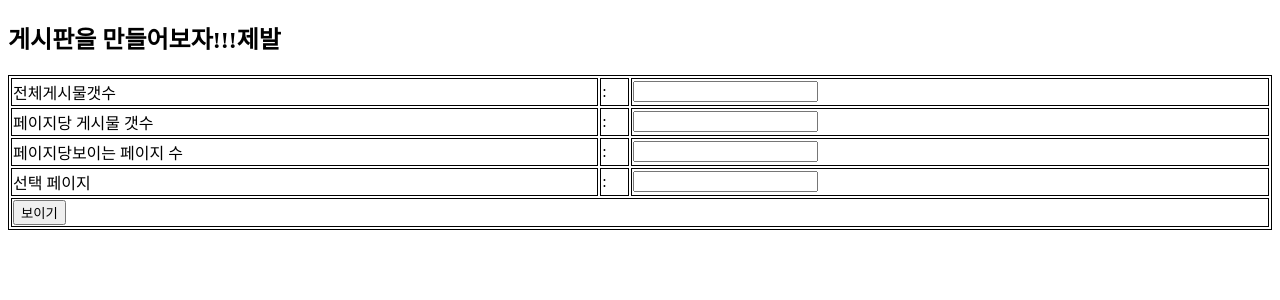
Repository: DrakeJU/eclipse-workspace
Page: Web/WebContent/01/PostBoardIndex.html
The author's editor kept a copy of each file at every save. The page is drawn from the files as they stood at one save, then again after the next save.
The browser window is 1280 px wide. The pictures show the whole page.

Above is the page before, as saved 2017-10-13 03:45:51.

### Web/WebContent/01/PostBoardIndex.html
<!DOCTYPE html>
<html>
	<head>
		<meta charset="UTF-8">
			<title>indexPage</title>
	</head>
		<body>
			<h2>게시판을 만들어보자!!!제발</h2>
				<form action "/blahblah" method = "post">
				<table border="1" width = "100%" heigth = "500" bordercolor ="black">
					<tr>
						<td>전체게시물갯수</td> <td>:</td><td><input type="text" name="TotalPost"><br></td>
					</tr>
					<tr>
						<td>페이지당 게시물 갯수</td><td>:</td><td><input type="text" name="NumPerPost"><br></td>
					</tr>
					<tr>
						<td>페이지당보이는 페이지 수</td> <td>:</td><td><input type="text" name="NumPerPage"><br></td>
					</tr>
					<tr>
						<td>선택 페이지</td> <td>:</td><td><input type="text" name="CurrentPage"><br></td>
					</tr>
					<tr>
						<td colspan = "3"><input type = submit value = "보이기"></td>
					</tr>
				</table>
				</form>
		</body>
</html>

After the next save:
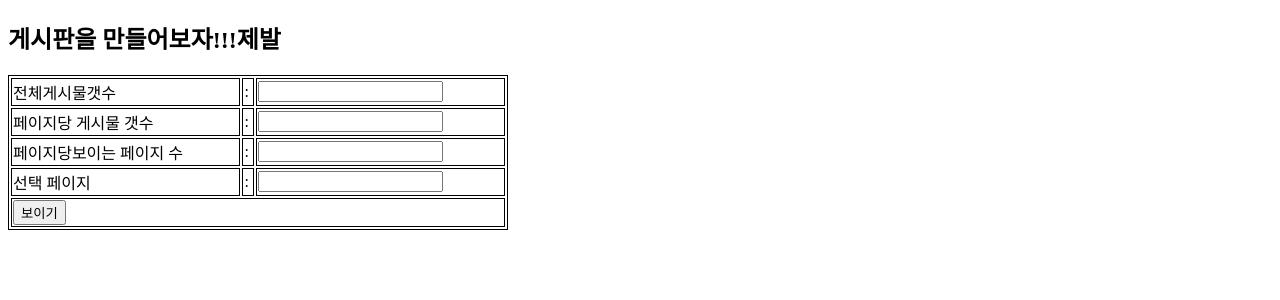
Saved 25 s later.
--- a/Web/WebContent/01/PostBoardIndex.html
+++ b/Web/WebContent/01/PostBoardIndex.html
@@ -7,7 +7,7 @@
 		<body>
 			<h2>게시판을 만들어보자!!!제발</h2>
 				<form action "/blahblah" method = "post">
-				<table border="1" width = "100%" heigth = "500" bordercolor ="black">
+				<table border="1" width = "500" heigth = "100" bordercolor ="black">
 					<tr>
 						<td>전체게시물갯수</td> <td>:</td><td><input type="text" name="TotalPost"><br></td>
 					</tr>
